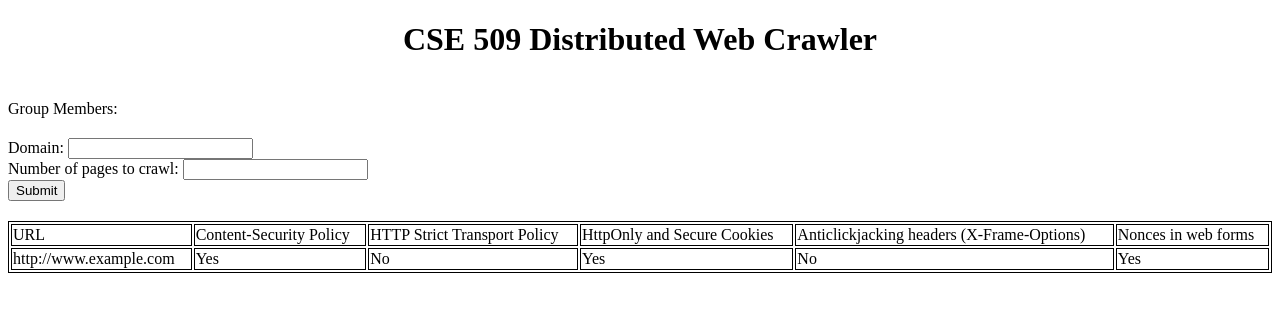
Repository: mfleish3/Crawler
Page: cse509/Crawling/WebContent/index.html
These files come from the project's save history. The page is drawn as it stood at one moment and after the next save; the edit follows.
The browser window is 1280 px wide. The pictures show the whole page.

Above is the page before, as saved 2015-11-06 05:01:05.

### cse509/Crawling/WebContent/index.html
<!DOCTYPE html>
<html>
	<head>
	  <title>Crawler Index Page</title>
	  <link rel="stylesheet" type="text/css" href="style/index.css">
	</head>
	<body>
		<div id="divProjectHeader">
			<h1 id="headerProject">CSE 509 Distributed Web Crawler</h1>
		</div>
	  <div>
	  	<div id="divGroup">
	  		<a>Group Members:</a>
	  		<a></a>
	  		<a></a>
	  		<a></a>
	  		<a></a>
	  		<a></a>
	  	</div>

	  	<div id="divInitialize">
	  		<form name="initializeForm" method="post" action="initialize">
			  Domain: <input type="text" name="domainName"><br>
			  Number of pages to crawl: <input type="text" name="numberPages"><br>
			  <input type="submit" value="Submit">
			</form>
	  	</div>


		  <div id="divTableMain">
		  	<table id="tableMain">
			  <tr>
			    <td>URL</td>
			    <td>Content-Security Policy</td>
			    <td>HTTP Strict Transport Policy</td>
			    <td>HttpOnly and Secure Cookies</td>
			    <td>Anticlickjacking headers (X-Frame-Options)</td>
			    <td>Nonces in web forms</td>
			  </tr>
			  <tr>
			    <td>http://www.example.com</td>
			    <td>Yes</td>
			    <td>No</td>
			    <td>Yes</td>
			    <td>No</td>
			    <td>Yes</td>
			  </tr>
			</table>
		  </div>
	  </div>
	</body>
</html>

### cse509/Crawling/WebContent/style/index.css
#divTableMain {
	padding-top: 20px;
}

#tableMain {
	width: 100%;
	border: 1px solid black;
}

td {
	border: 1px solid black;
}

#divGroup {
	padding-top: 20px;
}

#divInitialize {
	padding-top: 20px;
}

#divProjectHeader {
	text-align: center;
	width: 100%;
}

After the next save:
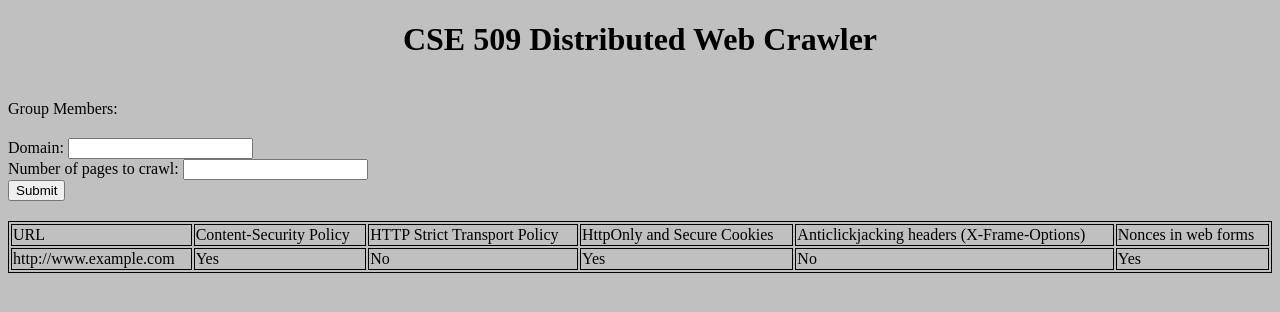
Saved 56 s later.
--- a/cse509/Crawling/WebContent/style/index.css
+++ b/cse509/Crawling/WebContent/style/index.css
@@ -1,3 +1,7 @@
+body {
+	background-color: #C0C0C0;
+}
+
 #divTableMain {
 	padding-top: 20px;
 }

After the save that followed:
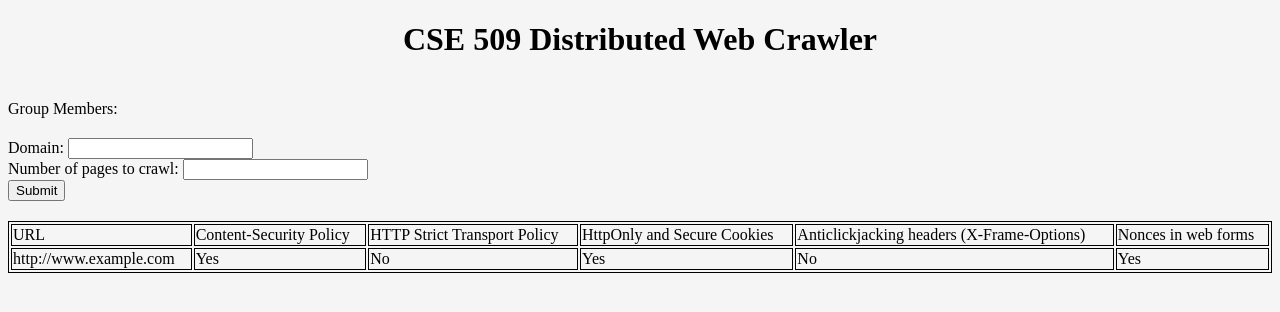
Saved 2 min 20 s later.
--- a/cse509/Crawling/WebContent/style/index.css
+++ b/cse509/Crawling/WebContent/style/index.css
@@ -1,5 +1,5 @@
 body {
-	background-color: #C0C0C0;
+	background-color: #F5F5F5;
 }
 
 #divTableMain {
